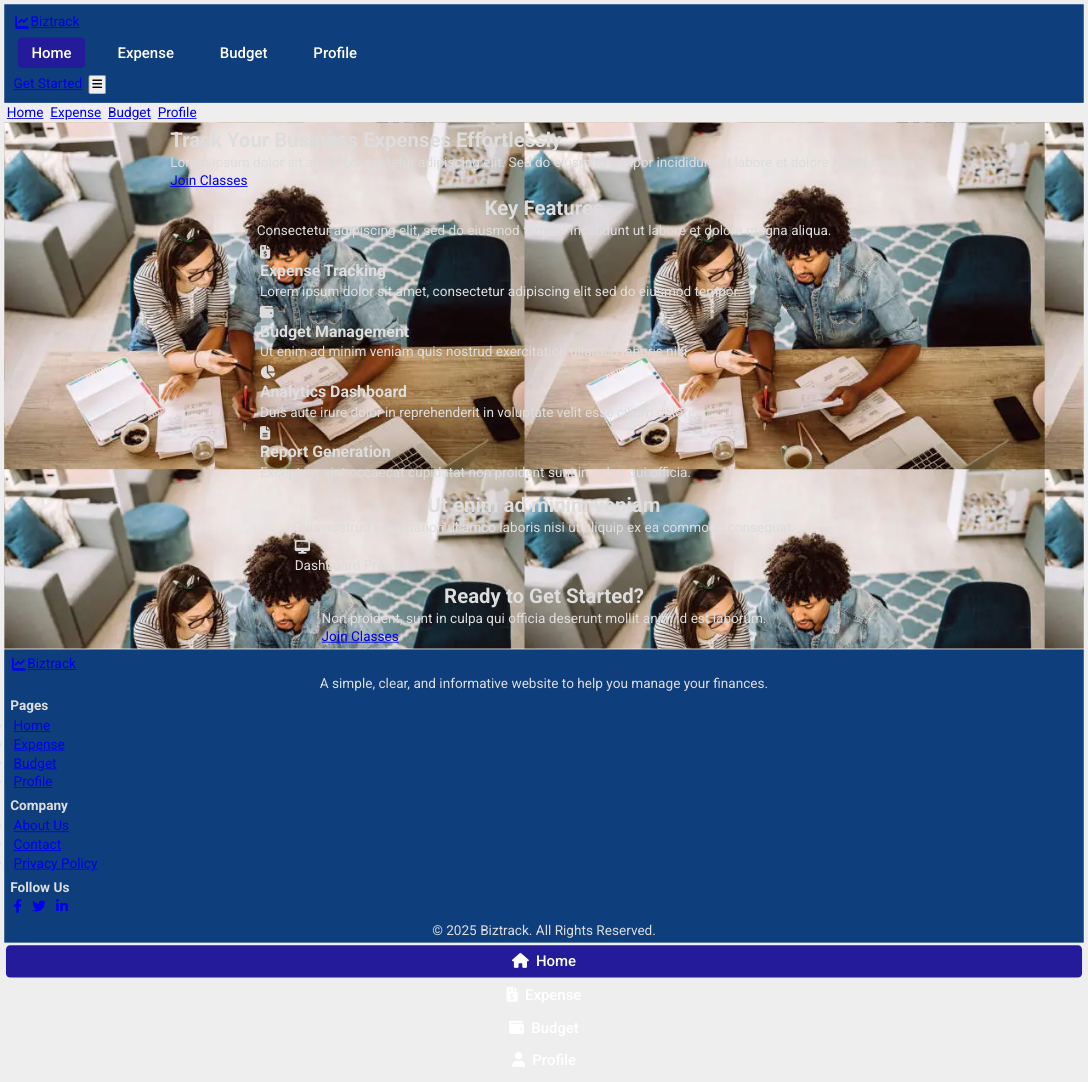
Repository: JoyUdoh106/wdd131
Page: project/index.html
An editor plug-in stored every save of this project. The page is shown before and after a run of saves, followed by the edit.
The browser window is 1280 px wide. The pictures show the whole page, at 85% of full size.

Above is the page before, as saved 2025-08-10 18:44:48.
Console error: TypeError: Cannot set properties of null (setting 'textContent')

After the next 3 saves:
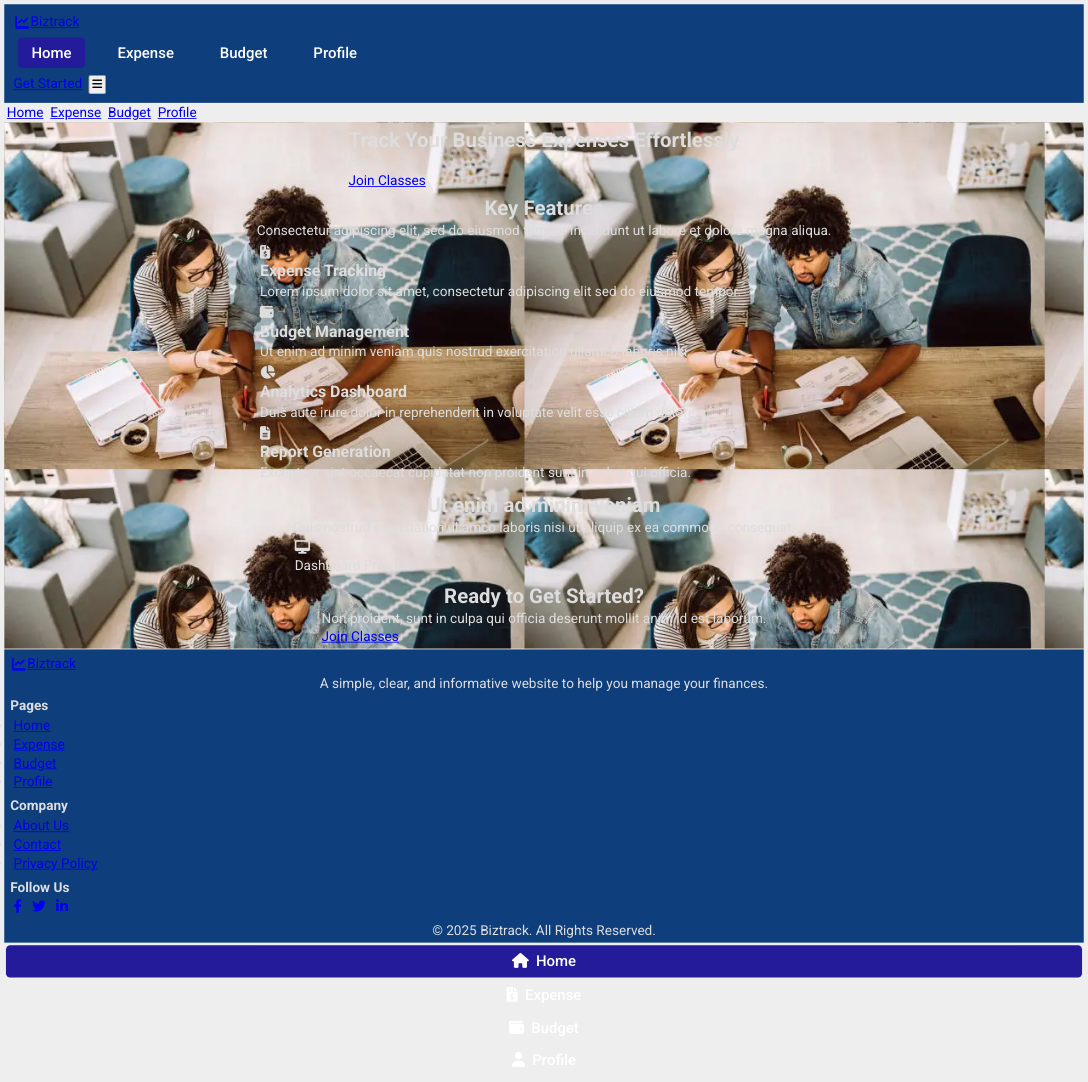
The 3 saves are shown as one change because they came seconds apart.
The last was saved 58 s later.
--- a/project/index.html
+++ b/project/index.html
@@ -46,7 +46,7 @@
         <section class="hero-section">
             <div class="container">
                 <h1>Track Your Business Expenses Effortlessly</h1>
-                <p>Lorem ipsum dolor sit amet, consectetur adipiscing elit. Sed do eiusmod tempor incididunt ut labore et dolore magna aliqua.</p>
+                <p>Let</p>
                 <a href="#" class="btn btn-primary">Join Classes</a>
             </div>
         </section>
